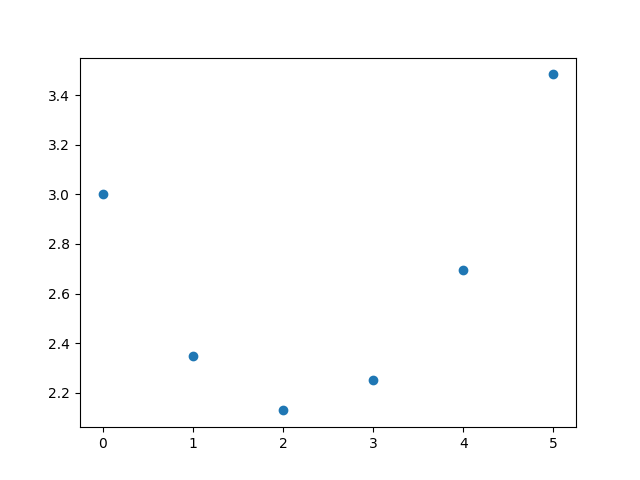
Repository: AyresNishio/Metodos_Numericos_Python
Script's output: python Cap9/EulerMod.py
These files come from the project's save history. The script's output is drawn as it stood at one moment and after the next save; the edit follows.
Random numbers start from a fixed seed.

Above is the script's output before, as saved 2021-09-18 13:57:50.

After the next save:
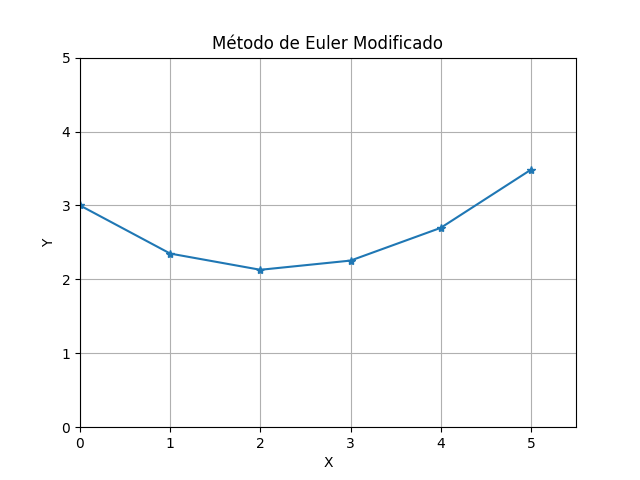
Saved 39 s later.
--- a/Cap9/EulerMod.py
+++ b/Cap9/EulerMod.py
@@ -24,7 +24,12 @@ def euler_modif(y0,x0,h,I):
         x.append(x0)
         y.append(y0)
 
-    plt.scatter(x, y)
+    fig, ax = plt.subplots()
+    ax.set(xlabel ='X', ylabel ='Y',
+       xlim =(0,5.5), ylim =(0, 5),
+       title ='Método de Euler Modificado')
+    ax.grid()
+    plt.plot(x, y, marker = '*')
     plt.show()
     return
 
